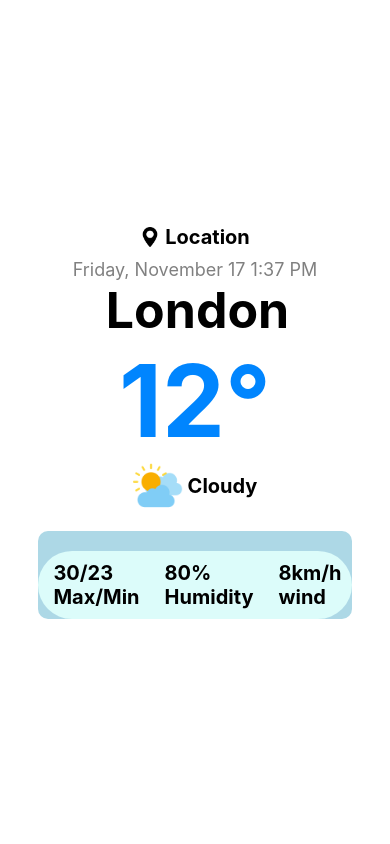
Repository: praveen080/react-native-weatherAppV1
Screen: /
The author's editor kept a copy of each file at every save. The screen is drawn from the files as they stood at one save, then again after a run of saves.
The app was drawn by React Native's web renderer in a window 390 px wide. The project was rebuilt for these pictures with package versions that can differ from the ones it lists, and the page was loaded fresh each time. Also part of the build but not shown: Screens/startUp.js.

Above is the screen before, as saved 2023-11-17 14:16:54.

### App.js
import { StatusBar } from "expo-status-bar";
import { StyleSheet, Text, View } from "react-native";
import StartPage from "./Screens/startUp";
import Home from "./Screens/Home";

export default function App() {
  return (
    <View style={styles.container}>
      {/* <StartPage /> */}
      <Home />
    </View>
  );
}

const styles = StyleSheet.create({
  container: {
    flex: 1,
    backgroundColor: "#ff f",
    alignItems: "center",
    justifyContent: "center",
  },
});

### Screens/Home.js
import React from "react";
import { View, Text, Image, TouchableOpacity, StyleSheet } from "react-native";

const Home = () => {
  const currentDate = new Date();

  // Format the date and time
  const formattedDate = currentDate.toLocaleDateString("en-US", {
    weekday: "long",
    day: "numeric",
    month: "long",
  });

  const formattedTime = currentDate.toLocaleTimeString("en-US", {
    hour: "numeric",
    minute: "numeric",
    hour12: true,
  });
  return (
    <View style={styles.container}>
      {/* Location Text with Icon */}
      <TouchableOpacity style={styles.locationContainer}>
        <Image source={require("./assets/location.png")} style={styles.icon} />
        <Text style={styles.locationText}>Location</Text>
      </TouchableOpacity>

      {/* Current Time and Date */}
      <Text style={styles.dateTimeText}>
        {formattedDate} {formattedTime}
      </Text>
      <Text style={styles.location}>London</Text>

      {/* Numbers */}
      <View style={styles.numbersContainer}>
        <Text style={styles.number}>12°</Text>
      </View>

      <View style={styles.locationContainer}>
        <Image
          source={require("./assets/cloudy-day.png")}
          style={styles.iconS}
        />
        <Text style={styles.locationText}>Cloudy</Text>
      </View>
      <View style={styles.cardFull}>
        <View style={styles.locationContainer1}>
          <View style={styles.card}>
            <Text style={styles.locationText}>30/23</Text>
            <Text style={styles.locationText}>Max/Min</Text>
          </View>
          <View style={styles.card}>
            <Text style={styles.locationText}>80%</Text>
            <Text style={styles.locationText}>Humidity</Text>
          </View>
          <View style={styles.card}>
            <Text style={styles.locationText}>8km/h</Text>
            <Text style={styles.locationText}>wind</Text>
          </View>
        </View>
      </View>
    </View>
  );
};

export default Home;

export const styles = StyleSheet.create({
  container: {
    flex: 1,
    alignItems: "center",
    justifyContent: "center",
  },
  locationContainer: {
    flexDirection: "row",
    alignItems: "center",
  },
  locationContainer1: {
    flexDirection: "row",
    alignItems: "center",
    backgroundColor: "#dcfcfa",
    borderRadius: 50,
    marginTop: 20,
  },
  locationText: {
    fontSize: 20,
    marginLeft: 5,
    fontWeight: "bold",
  },
  location: {
    fontSize: 50,
    marginLeft: 5,
    fontWeight: "bold",
  },
  icon: {
    width: 20,
    height: 20,
  },
  iconS: {
    width: 50,
    height: 50,
  },
  dateTimeText: {
    fontSize: 18,
    marginTop: 10,
    color: "grey",
  },
  numbersContainer: {
    flexDirection: "row",
    alignItems: "center",
    // marginTop: 20,
  },
  number: {
    fontSize: 100,
    // marginRight: 10,
    fontWeight: "bold",
    color: "#0085FE",
  },
  logo: {
    width: 100,
    height: 100,
    marginTop: 20,
  },
  card: {
    margin: 10,
  },
  cardFull: {
    borderRadius: 10,
    backgroundColor: "lightblue",
    marginTop: 20,
  },
});

// // Weather.js

// import React, { useState } from "react";
// import { View, Text, TextInput, Button, StyleSheet } from "react-native";
// import axios from "axios";

// const Home = () => {
//   const [city, setCity] = useState("");
//   const [weatherData, setWeatherData] = useState(null);
//   const [error, setError] = useState("");

//   const apiKey = "2891236865fb81dd11cf0be56216e1cb";

//   const fetchWeatherData = async () => {
//     try {
//       const response = await axios.get(
//         `https://api.openweathermap.org/data/2.5/weather?q=${city}&appid=${apiKey}&units=metric`
//       );
//       setWeatherData(response.data);
//       setError("");
//     } catch (error) {
//       setWeatherData(null);
//       setError("City not found. Please try again.");
//     }
//   };

//   return (
//     <View style={styles.container}>
//       <Text style={styles.title}>Weather App</Text>
//       <TextInput
//         style={styles.input}
//         placeholder="Enter city"
//         value={city}
//         onChangeText={(text) => setCity(text)}
//       />
//       <Button title="Get Weather" onPress={fetchWeatherData} />
//       {weatherData && (
//         <View>
//           <Text>{`City: ${weatherData.name}`}</Text>
//           <Text>{`Temperature: ${weatherData.main.temp}°C`}</Text>
//           {/* Add more weather details as needed */}
//         </View>
//       )}
//       {error !== "" && <Text style={styles.error}>{error}</Text>}
//     </View>
//   );
// };

// const styles = StyleSheet.create({
//   container: {
//     flex: 1,
//     justifyContent: "center",
//     alignItems: "center",
//   },
//   title: {
//     fontSize: 20,
//     fontWeight: "bold",
//     marginBottom: 10,
//   },
//   input: {
//     height: 40,
//     borderColor: "gray",
//     borderWidth: 1,
//     marginBottom: 10,
//     padding: 10,
//     width: 200,
//   },
//   error: {
//     color: "red",
//     marginTop: 10,
//   },
// });

// export default Home;

After the next 2 saves:
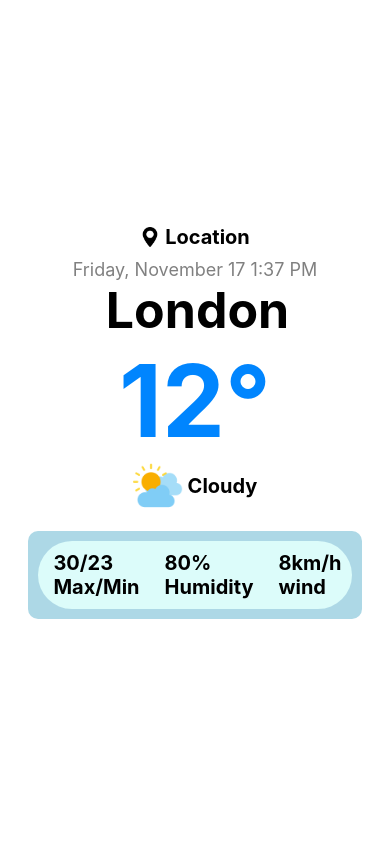
The 2 saves are shown as one change because they came seconds apart.
The last was saved 8 s later.
--- a/Screens/Home.js
+++ b/Screens/Home.js
@@ -79,7 +79,7 @@ export const styles = StyleSheet.create({
     alignItems: "center",
     backgroundColor: "#dcfcfa",
     borderRadius: 50,
-    marginTop: 20,
+    margin: 10,
   },
   locationText: {
     fontSize: 20,
